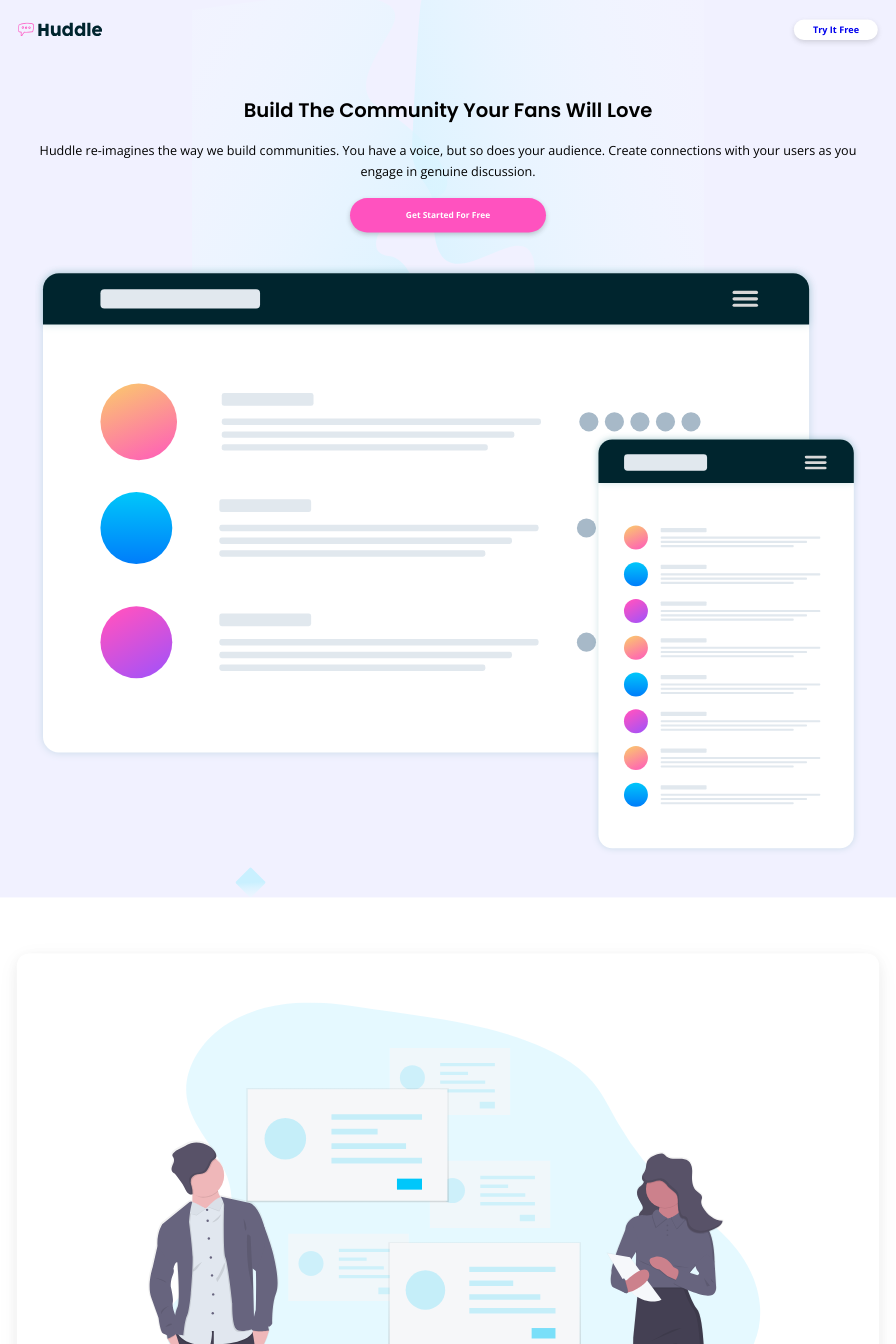
Repository: DejV44/Huddle-landing-page
Page: index.html
These files come from the project's save history. The page is drawn as it stood at one moment and after the next save; the edit follows.
The browser window is 1280 px wide. The pictures show the part of the page from y = 0 to 1920 px (the page is 5237 px tall before and 5241 px after), at 70% of full size.
The style sheet was rebuilt from its Sass, Less or Tailwind sources for each picture, by a compiler version that may differ from the author's.

Above is the page before, as saved 2021-08-20 08:42:51.

After the next save:
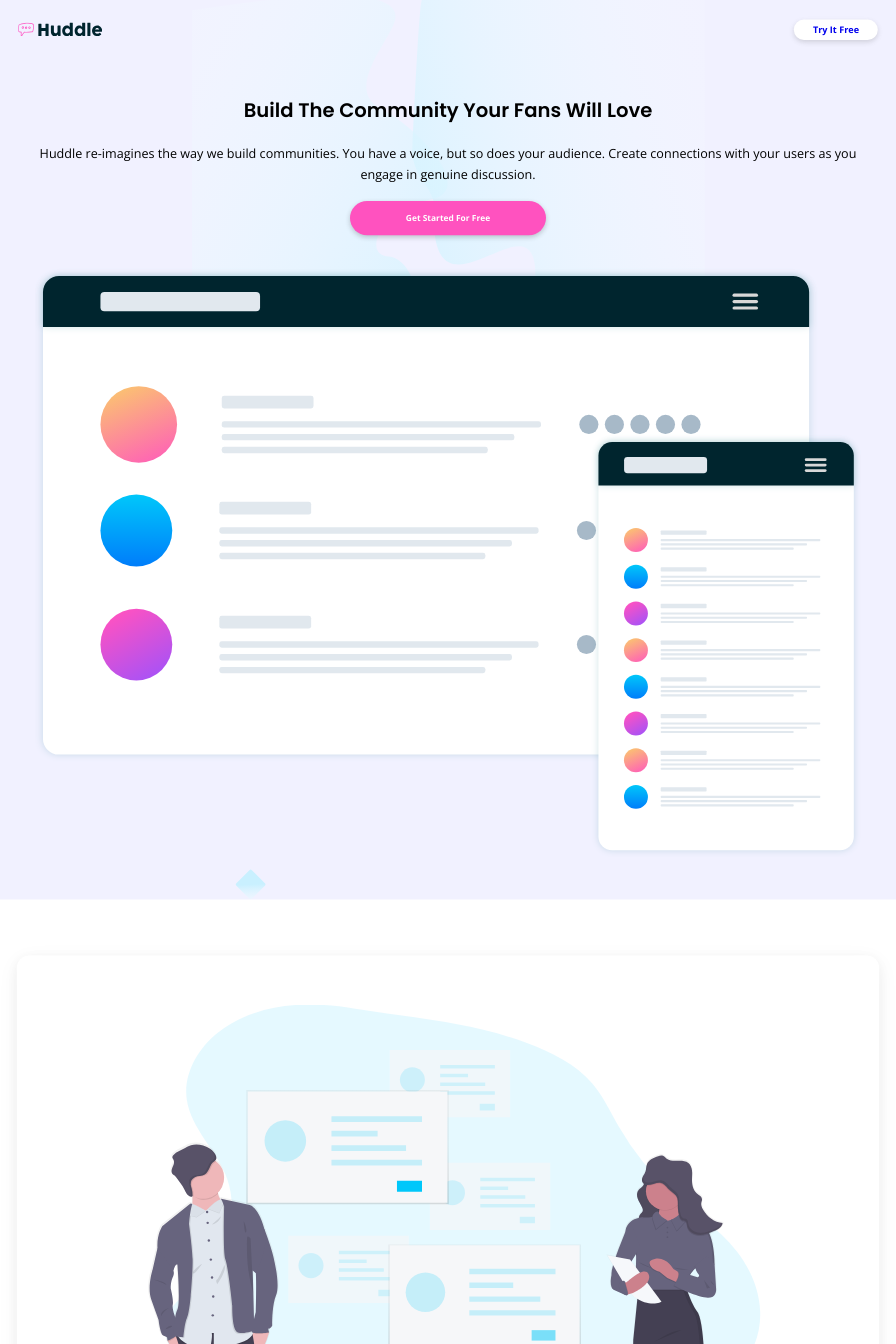
Saved 10 s later.
--- a/css/_header.scss
+++ b/css/_header.scss
@@ -46,7 +46,7 @@ header {
             h3 {
                 font-weight: 400;
                 font-size: 18px;
-                margin: 1.3rem 0;
+                margin: 1.5rem 0;
                 line-height: 30px;
             }
 
